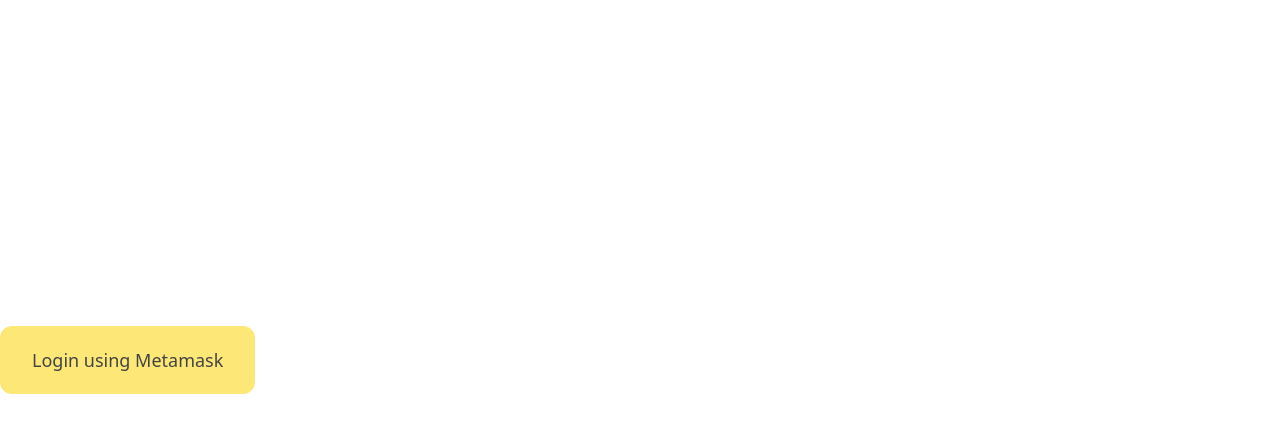
Repository: KSGit47/nft-minter-yt
Page: /
An editor plug-in stored every save of this project. The page is shown before and after the next save, followed by the edit.
The browser window is 1280 px wide. The pictures show the whole page.
The project was rebuilt for these pictures with package versions that can differ from the ones it lists, and the page was loaded fresh each time. The framework's server and built-in components were replaced by stand-ins that run in the browser. Also part of the build but not shown: next.config.js.

Above is the page before, as saved 2022-07-19 19:45:37.

After the next save:
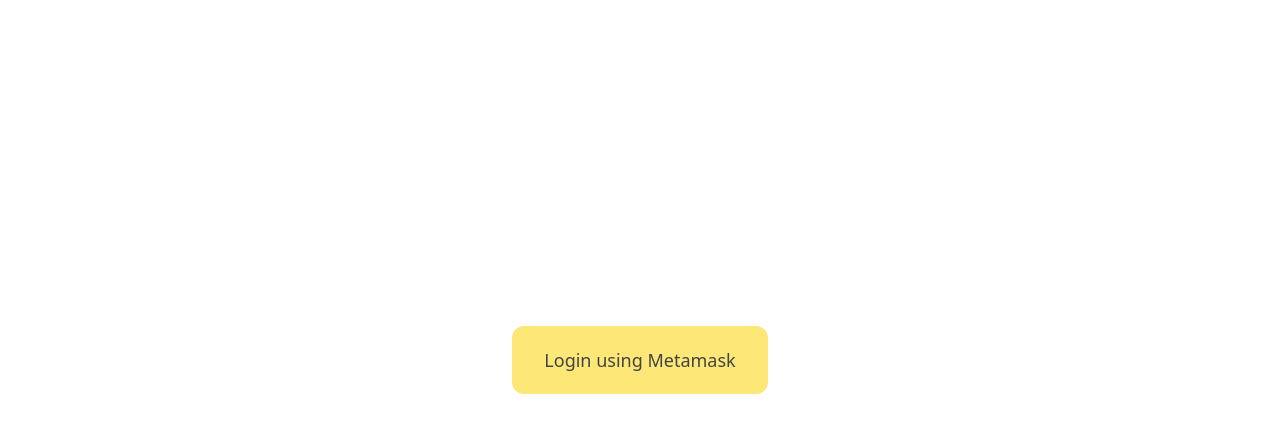
Saved 6 s later.
--- a/pages/index.js
+++ b/pages/index.js
@@ -3,7 +3,7 @@
 
 export default function Home(){
   return (
-    <div className="flex w-screen h-screen items-center ">
+    <div className="flex w-screen h-screen items-center justify-center">
       <Head>
         <title>Create Minter</title>
         <link rel="icon" href="/favicon.ico" />
